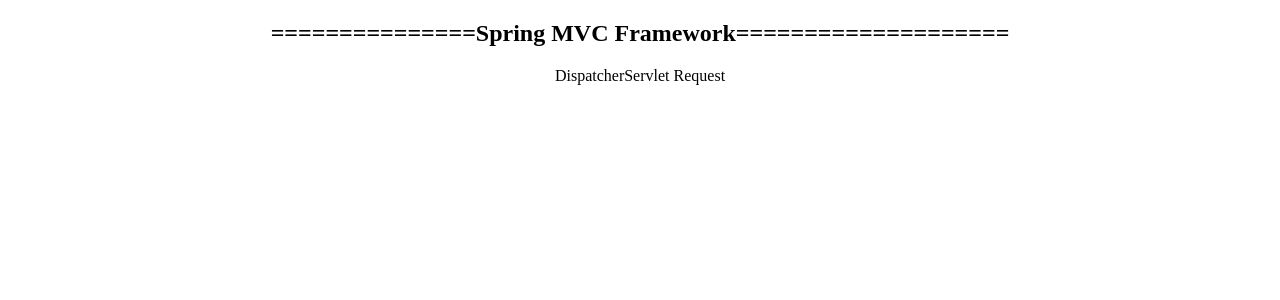
Repository: hamham1210/JavaStudy
Page: http://localhost/Maven02_SpringMVC/
The author's editor kept a copy of each file at every save. The page is drawn from the files as they stood at one save, then again after the next save.
The browser window is 1280 px wide. The pictures show the whole page.
The page is served by Tomcat 9. Other server files are loaded and not shown.

Above is the page before, as saved 2024-10-02 02:59:48.

### Maven02_SpringMVC/src/main/webapp/index.jsp
<%@ page language="java" contentType="text/html; charset=UTF-8"
    pageEncoding="UTF-8"%>
<!DOCTYPE html>
<html>
<head>
<meta charset="UTF-8">
<title>Insert title here</title>
</head>
<body>
<h2 align="center">===============Spring MVC Framework====================</h2>
<center><a herf="index.do">DispatcherServlet Request</a></center>
</body>
</html>

After the next save:
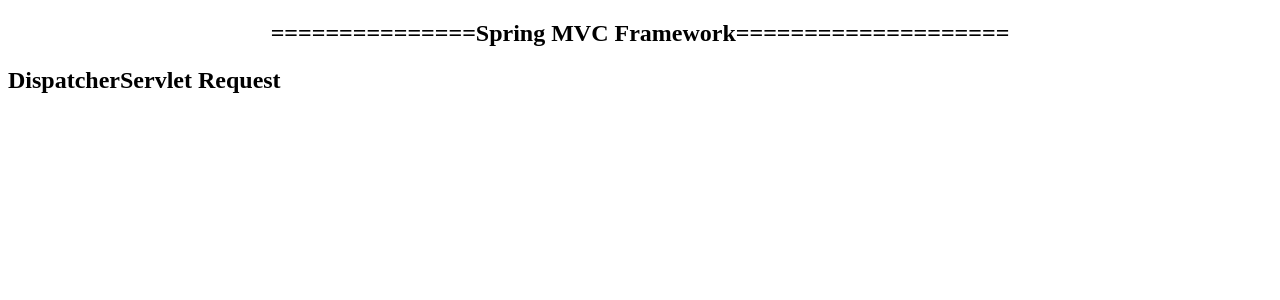
Saved 2 min 3 s later.
--- a/Maven02_SpringMVC/src/main/webapp/index.jsp
+++ b/Maven02_SpringMVC/src/main/webapp/index.jsp
@@ -8,6 +8,6 @@
 </head>
 <body>
 <h2 align="center">===============Spring MVC Framework====================</h2>
-<center><a herf="index.do">DispatcherServlet Request</a></center>
+<h2><a herf="index.do">DispatcherServlet Request</a></h2>
 </body>
 </html>
